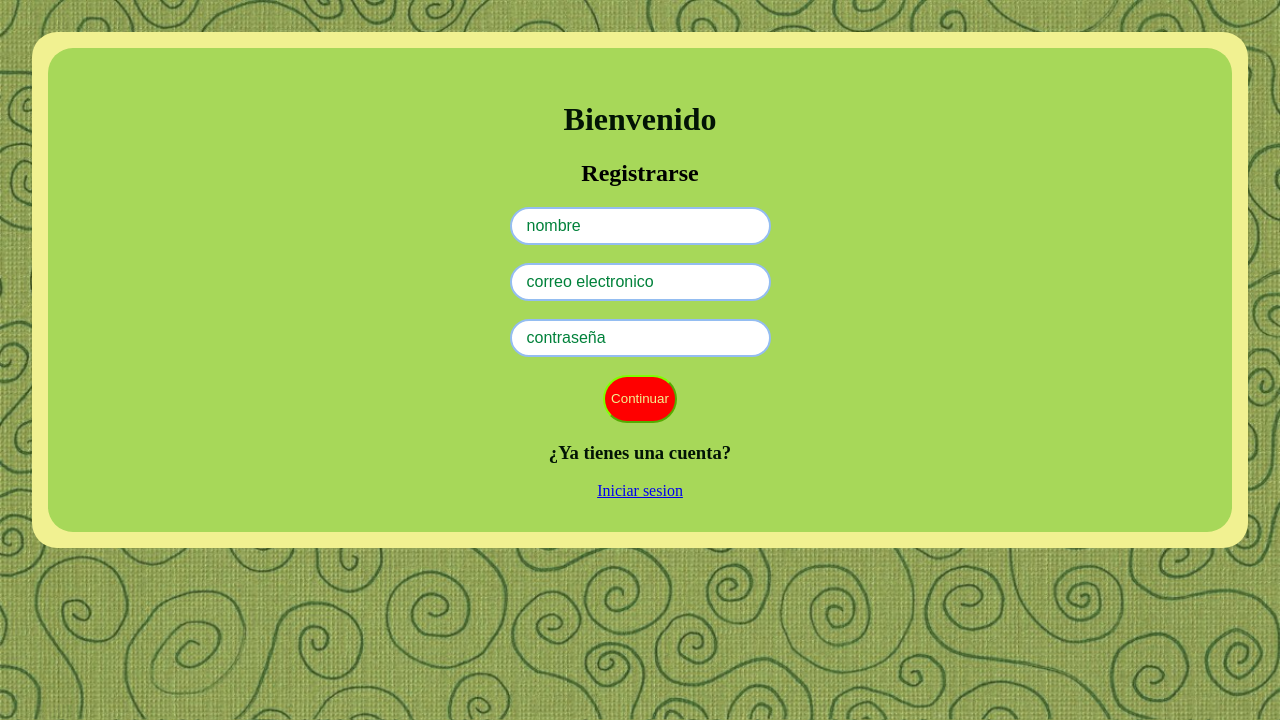
Repository: carrascokarencb37-afk/Nuura
Page: html/registrarse.html
These files come from the project's save history. The page is drawn as it stood at one moment and after the next save; the edit follows.
The browser window is 1280 px wide. The pictures show the whole page.
Some web libraries are served in a nearby version.

Above is the page before, as saved 2026-05-22 13:05:58.

After the next save:
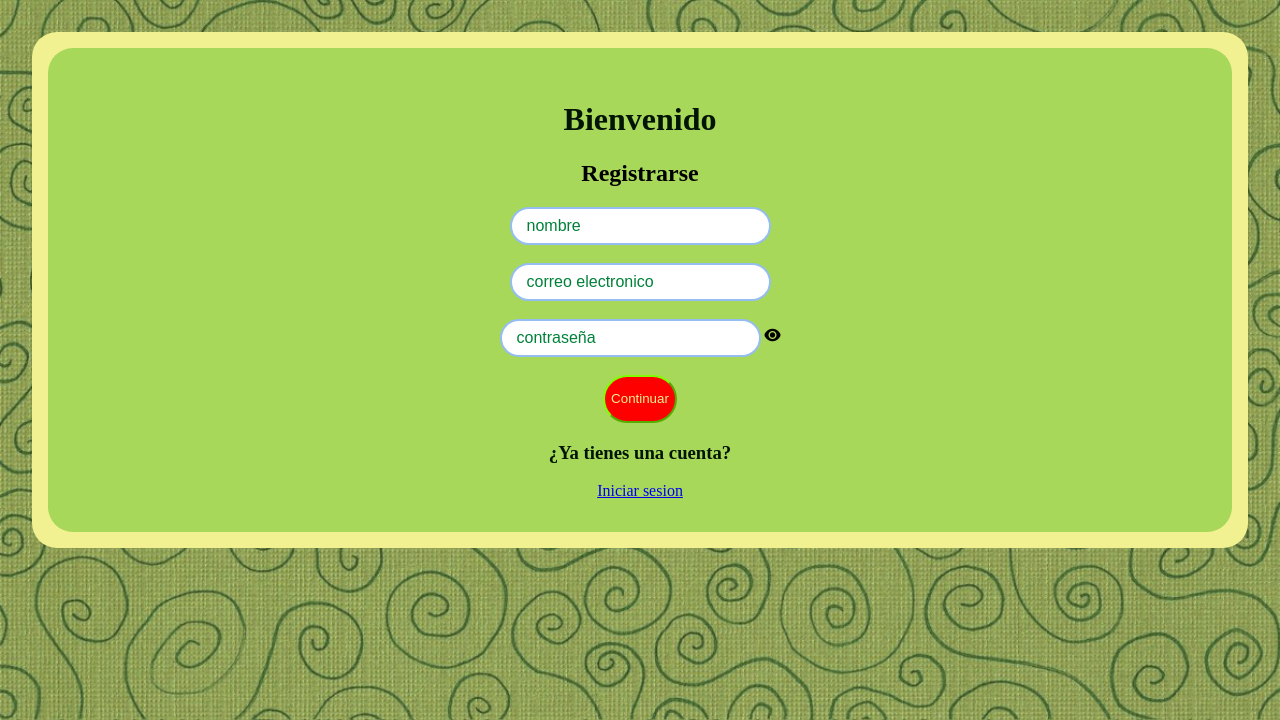
Saved 4 min 2 s later.
--- a/html/registrarse.html
+++ b/html/registrarse.html
@@ -16,8 +16,16 @@
                 <br><br>
                 <input type="email" name="correo" id="correo" placeholder="correo electronico">
                 <br><br>
+            <div class="contra">
                 <input type="password" name="contra" id="contra" placeholder="contraseña">
+                <span onclick="mostrarContra()" clas="ojo">
+                    <i
+                        class=
+                        "fi fi-sr-eye">
+                    </i>
+                </span>
                 <br><br>
+            </div>
                 <a href="index.html"><button class="chapito"> Continuar </button></a>
 
                 <h3>¿Ya tienes una cuenta?</h3>
